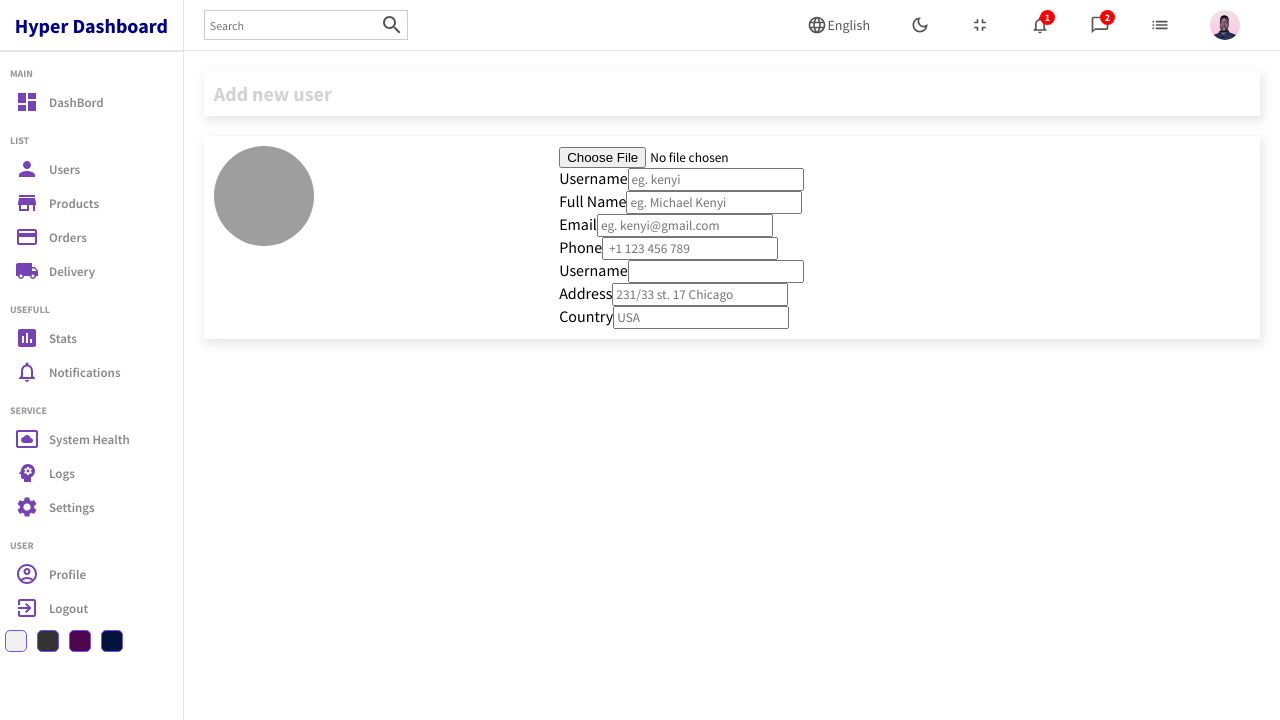
Repository: kenyi-mic/DashBoard
Page: /users/new
An editor plug-in stored every save of this project. The page is shown before and after the next save, followed by the edit.
The browser window is 1280 px wide. The pictures show the whole page.
Pictures or frames that could not be fetched are drawn as grey boxes. The project was rebuilt for these pictures with package versions that can differ from the ones it lists, and the page was loaded fresh each time. Also part of the build but not shown: src/pages/home/home.scss, src/pages/home/Home.jsx, src/pages/list/list.scss, src/components/datatable/datatable.scss, src/datatableSource.js, src/components/datatable/Datatable.jsx, src/pages/list/List.jsx, src/pages/single/single.scss and 6 more.

Above is the page before, as saved 2022-05-24 15:11:15.

### public/index.html
<!DOCTYPE html>
<html lang="en">

<head>
  <meta charset="utf-8" />
  <meta name="viewport" content="width=device-width, initial-scale=1" />
  <meta name="theme-color" content="#000000" />
  <meta name="description" content="Web site created using create-react-app" />
  <link rel="preconnect" href="https://fonts.googleapis.com">
  <link rel="preconnect" href="https://fonts.gstatic.com" crossorigin>
  <link
    href="https://fonts.googleapis.com/css2?family=Nunito:wght@200;300;400;500;600;700;800;900&family=Source+Sans+Pro:wght@200;300;400;600;700;900&display=swap"
    rel="stylesheet">
  <title>Hyper Dashboard</title>
  <style>
    * {
      margin: 0;
      font-family: 'Nunito', sans-serif;
      font-family: 'Source Sans Pro', sans-serif;
    }
  </style>
</head>

<body>
  <div id="root"></div>

</body>

</html>

### src/App.js
import { BrowserRouter, Routes, Route } from "react-router-dom";
import Home from "./pages/home/Home";
import List from "./pages/list/List";
import Single from "./pages/single/Single";
import New from "./pages/new/New";
import { Login } from "./pages/login/Login";

function App() {
  return (
    <div className="App">
      <BrowserRouter>
        <Routes>
          <Route path="/">
            <Route index element={<Home />} />
            <Route path="login" element={<Login />} />
            <Route path="users">
              <Route index element={<List />} />
              <Route path=":userId" element={<Single />} />
              <Route path="new" element={<New />} />
            </Route>
            <Route path="products">
              <Route index element={<List />} />
              <Route path=":productId" element={<Single />} />
              <Route path="new" element={<New />} />
            </Route>
          </Route>
        </Routes>
      </BrowserRouter>
    </div>
  );
}

export default App;

### src/pages/new/New.jsx
import React from "react";
import "./new.scss";
import Header from "../../components/Header/Header";
import Sidebar from "../../components/sidebar/Sidebar";

const New = () => {
  return (
    <div className="new">
      <Sidebar />
      <div className="newContainer">
        <Header />
        <div className="top">
          <h1>Add new user</h1>
        </div>
        <div className="bottom">
          <div className="left">
            <img
              src="https://icon-library.com/images/no-image-icon/no-image-icon-0.jpg"
              alt=""
            />
          </div>
          <div className="right">
            <form>
              <div className="formInput">
                <label htmlFor="img"></label>
                <input type="file" id="id" />
              </div>
              <div className="formInput">
                <label htmlFor="username">Username</label>
                <input type="text" id="username" placeholder="eg. kenyi" />
              </div>
              <div className="formInput">
                <label htmlFor="fullname">Full Name</label>
                <input
                  type="text"
                  id="fullname"
                  placeholder="eg. Michael Kenyi"
                />
              </div>
              <div className="formInput">
                <label htmlFor="email">Email</label>
                <input
                  type="email"
                  id="email"
                  placeholder="eg. kenyi@gmail.com"
                />
              </div>
              <div className="formInput">
                <label htmlFor="phone">Phone</label>
                <input type="phone" id="phone" placeholder=" +1 123 456 789" />
              </div>
              <div className="formInput">
                <label htmlFor="password">Username</label>
                <input type="password" id="password" />
              </div>
              <div className="formInput">
                <label htmlFor="address">Address</label>
                <input
                  type="text"
                  id="address"
                  placeholder="231/33 st. 17 Chicago"
                />
              </div>
              <div className="formInput">
                <label htmlFor="country">Country</label>
                <input type="text" id="country" placeholder="USA" />
              </div>
            </form>
          </div>
        </div>
      </div>
    </div>
  );
};

export default New;

### src/components/Header/Header.jsx
import React from "react";
import "./header.scss";
import {
  Search,
  DarkModeOutlined,
  LanguageOutlined,
  FullscreenExitOutlined,
  ChatBubbleOutlineOutlined,
  ListOutlined,
  NotificationsNoneOutlined,
} from "@mui/icons-material";

function Header() {
  return (
    <div className="header">
      <div className="wrapper">
        <div className="search">
          <input type="text" className="searchInput" placeholder="Search" />
          <Search />
        </div>
        <div className="items">
          <div className="item">
            <LanguageOutlined className="icon" />
            English
          </div>
          <div className="item">
            <DarkModeOutlined className="icon" />
          </div>
          <div className="item">
            <FullscreenExitOutlined className="icon" />
          </div>
          <div className="item">
            <NotificationsNoneOutlined className="icon" />
            <div className="counter">1</div>
          </div>
          <div className="item">
            <ChatBubbleOutlineOutlined className="icon" />
            <div className="counter">2</div>
          </div>
          <div className="item">
            <ListOutlined className="icon" />
          </div>
          <div className="item">
            <img src="./image/mike.png" alt="" className="avatar" />
          </div>
        </div>
      </div>
    </div>
  );
}

export default Header;

### src/components/sidebar/Sidebar.jsx
import React from "react";
import "./sidebar.scss";
import {
  Dashboard,
  Person,
  Store,
  LocalShipping,
  Payment,
  InsertChart,
  NotificationsNone,
  SettingsSystemDaydream,
  Psychology,
  Settings,
  AccountCircleOutlined,
  ExitToAppOutlined,
} from "@mui/icons-material";

function Sidebar() {
  return (
    <div className="sidebar">
      <div className="top">
        <span className="logo">Hyper Dashboard</span>
      </div>
      <hr className="ruler" />
      <div className="center">
        <ul className="list-group">
          <p className="title">MAIN</p>
          <li>
            <Dashboard className="icon" />
            <span>DashBord</span>
          </li>
          <p className="title">LIST</p>
          <li>
            <Person className="icon" />
            <span>Users</span>
          </li>
          <li>
            <Store className="icon" />
            <span>Products</span>
          </li>
          <li>
            <Payment className="icon" />
            <span>Orders</span>
          </li>
          <li>
            <LocalShipping className="icon" />
            <span>Delivery</span>
          </li>
          <p className="title">USEFULL</p>
          <li>
            <InsertChart className="icon" />
            <span>Stats</span>
          </li>
          <li>
            <NotificationsNone className="icon" />
            <span>Notifications</span>
          </li>
          <p className="title">SERVICE</p>
          <li>
            <SettingsSystemDaydream className="icon" />
            <span>System Health</span>
          </li>
          <li>
            <Psychology className="icon" />
            <span>Logs</span>
          </li>
          <li>
            <Settings className="icon" />
            <span>Settings</span>
          </li>
          <p className="title">USER</p>
          <li>
            <AccountCircleOutlined className="icon" />
            <span>Profile</span>
          </li>
          <li>
            <ExitToAppOutlined className="icon" />
            <span>Logout</span>
          </li>
        </ul>
      </div>
      <div className="bottom">
        <div className="colorOption"></div>
        <div className="colorOption"></div>
        <div className="colorOption"></div>
        <div className="colorOption"></div>
      </div>
    </div>
  );
}

export default Sidebar;

### src/pages/new/new.scss
.new {
    display: flex;
    width: 100%;

    .newContainer {

        flex: 6;

        .top,
        .bottom {
            -webkit-box-shadow: 2px 4px 10px 1px rgba(0, 0, 0, 0.47);
            box-shadow: 2px 4px 10px 1px rgba(201, 201, 201, 0.47);
            padding: 10px;
            margin: 20px;
            display: flex;

            h1 {
                color: lightgrey;
                font-size: 20px;
            }

            .left {
                flex: 1;


                img {
                    width: 100px;
                    height: 100px;
                    border-radius: 50%;


                }
            }

            .right {
                flex: 2;


            }
        }
    }
}

### src/components/Header/header.scss
.header{
    height:50px;
    display: flex;
    justify-content: space-between;
    align-items:center;
    border-bottom: 0.5px solid rgb(230, 227, 227);
    font-size: 14px;
    color:#555;
    .wrapper{
        display:flex;
        justify-content: space-between;
        align-items:center;
        width: 100%;
        padding:20px;
        .search{
            display: flex;
            justify-content:center;
            align-items:center;
            border: 0.5px solid #ccc;
            padding: 2px 3px;
            .searchInput{
                border:none;
                outline: none;
                background-color: transparent;
                &::placeholder{
                    font-size:12px;
                }
            }
        }
        .items{
            display: flex;
            align-items: center;
            justify-content:center;
            .item{
                display: flex;
                align-items: center;
                justify-content: center;
                margin: 0px 20px;
                position: relative;
                cursor: pointer;

                .icon{
                    font-size:20px;
                }
                .avatar{
                    width: 30px;
                    height: 30px;
                    border-radius: 50%;
                }
                .counter{
                    width: 15px;
                    height: 15px;
                    background-color: red;
                    color:white;
                    border-radius: 50%;
                    display: flex;
                    font-size: 10px;
                    font-weight: bold;
                    align-items: center;
                    justify-content: center;
                    position:absolute;
                    top: -5px;
                    right: -5px;
                }
            }




        }
    }
}

### src/components/sidebar/sidebar.scss
.sidebar{
    flex: 1;
    border-right: 0.5px solid rgb(230, 227, 227);
    min-height: 100vh;
    background-color:white !important;
    .top{
        height:50px;
        display: flex;
        align-items: center;
        justify-content: center;
        .logo{
            font-size: 20px;
            font-weight: bold;
            color: darkblue;
        }
    }
    hr{
        height: 0px;
        border: 0.5px solid rgb(230, 227, 227);
    }

    .center{
        padding-left: 10px;
        ul{
            list-style: none;
            margin: 0px;
            padding: 0px;
            .title{
                font-size:10px;
                font-weight:bold;
                color:#999;
                margin-top: 15px;
                margin-bottom:5px;
            }
            li{
                display: flex;
                align-items: center;
                padding: 5px;
                &:hover{
                    background-color:rgb(212, 212, 224);
                }
                .icon{
                    font: size 18px;
                    color: rgb(117, 67, 182)

                }
                span{
                    font-size:13px;
                    font-weight: 600;
                    color:#888;
                    margin-left:10px;
                }
            }
        }
    }
    .bottom{
        display: flex;
        .colorOption{
            width: 20px;
            height:20px;
            border-radius:5px;
            border: 1px solid #7451f8;
            cursor: pointer;
            margin: 5px;
            &:nth-child(1){
                background-color: #f1f1f1;
            }
            &:nth-child(2){
                background-color: #333;
            }
            &:nth-child(3){
                background-color: #4e064e;
            }
            &:nth-child(4){
                background-color: #04153a;
            }
        }
    }
}

Loaded but not shown: src/index.js (common file); src/pages/login/login.scss (no stored copy; drawn as an empty file)

After the next save:
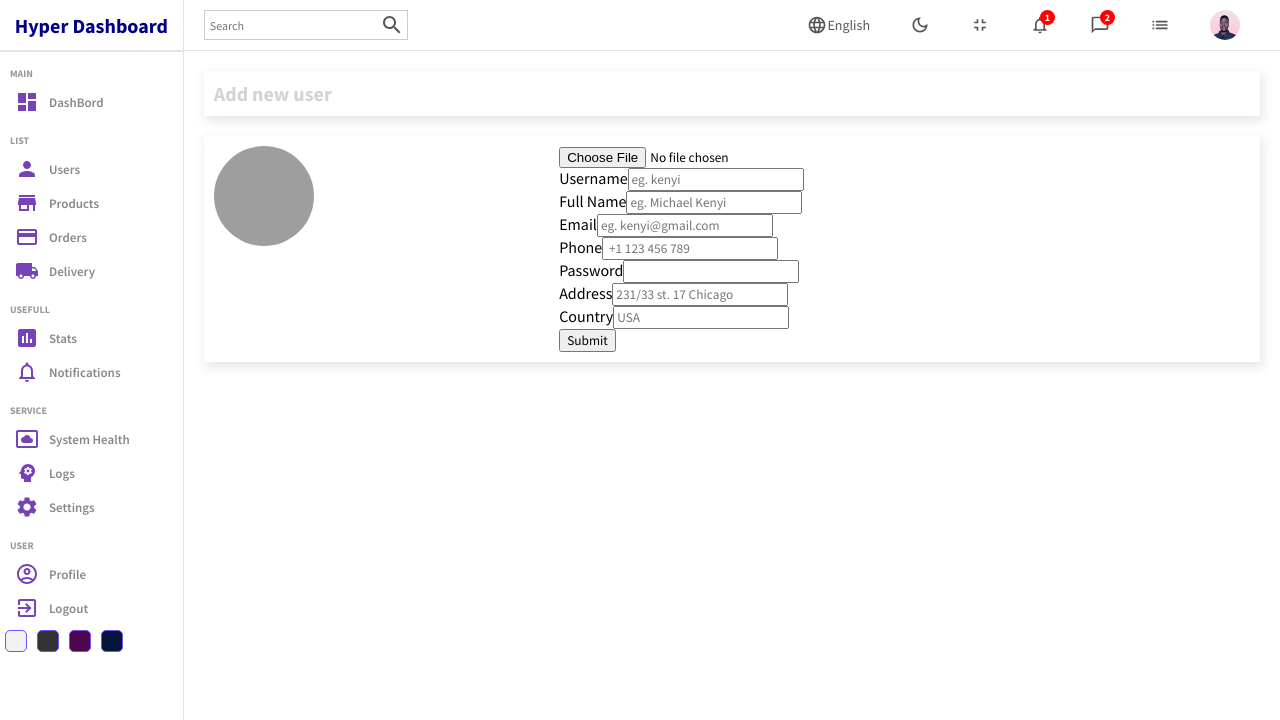
Saved 102 s later.
--- a/src/pages/new/New.jsx
+++ b/src/pages/new/New.jsx
@@ -50,7 +50,7 @@ const New = () => {
                 <input type="phone" id="phone" placeholder=" +1 123 456 789" />
               </div>
               <div className="formInput">
-                <label htmlFor="password">Username</label>
+                <label htmlFor="password">Password</label>
                 <input type="password" id="password" />
               </div>
               <div className="formInput">
@@ -65,6 +65,7 @@ const New = () => {
                 <label htmlFor="country">Country</label>
                 <input type="text" id="country" placeholder="USA" />
               </div>
+              <button>Submit</button>
             </form>
           </div>
         </div>
